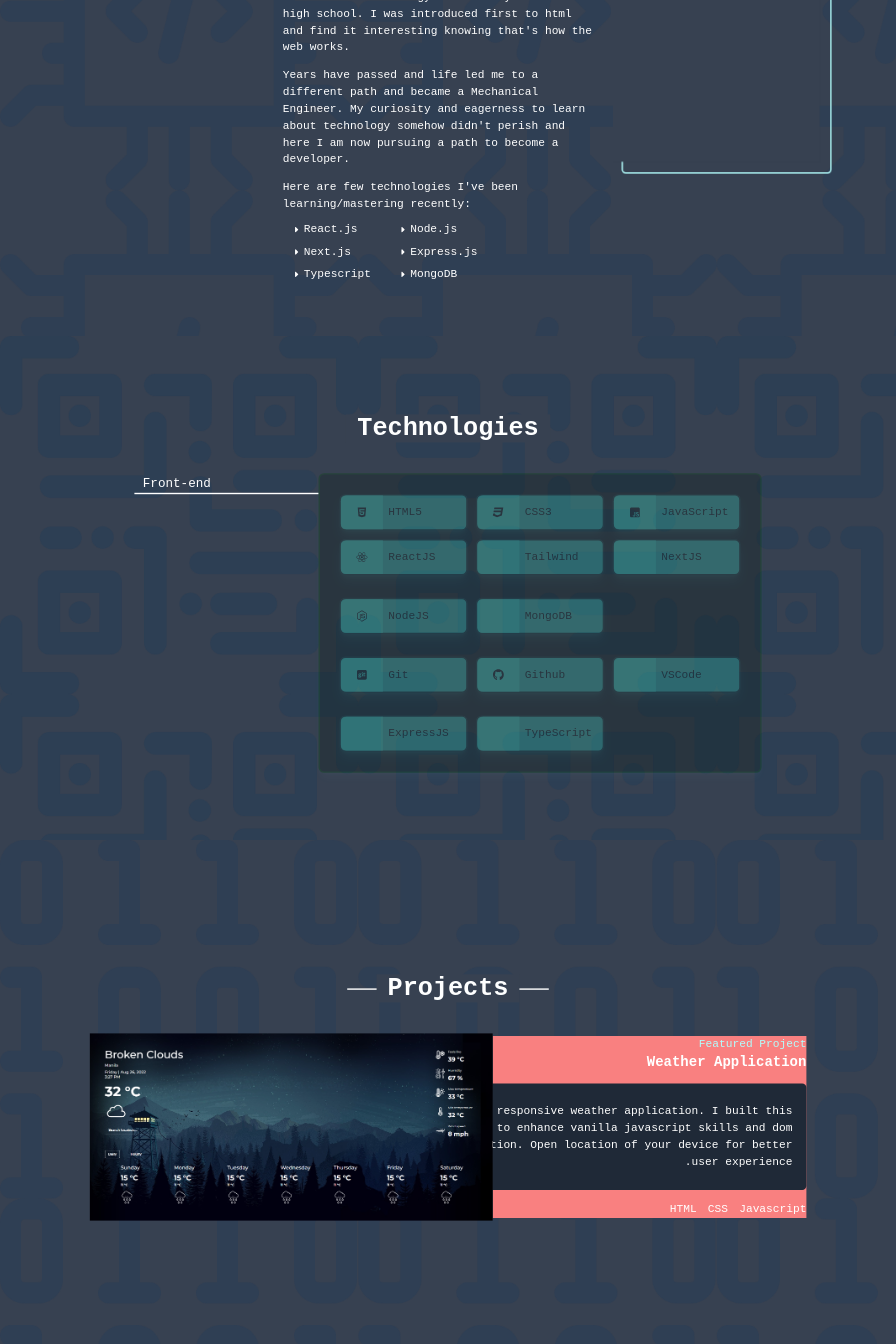
Repository: riandev25/nextjs-portfolio
Page: /
An editor plug-in stored every save of this project. The page is shown before and after the next save, followed by the edit.
The browser window is 1280 px wide. The pictures show the part of the page from y = 960 to 2880 px (the page is 2880 px tall), at 70% of full size.
Backgrounds fixed to the window are drawn as part of the page. The project was rebuilt for these pictures with package versions that can differ from the ones it lists, and the page was loaded fresh each time. The framework's server and built-in components were replaced by stand-ins that run in the browser. Also part of the build but not shown: next.config.js, components/Home/Keyboard/index.module.css, components/Home/Keyboard/index.jsx.

Above is the page before, as saved 2022-11-12 20:53:50.

After the next save:
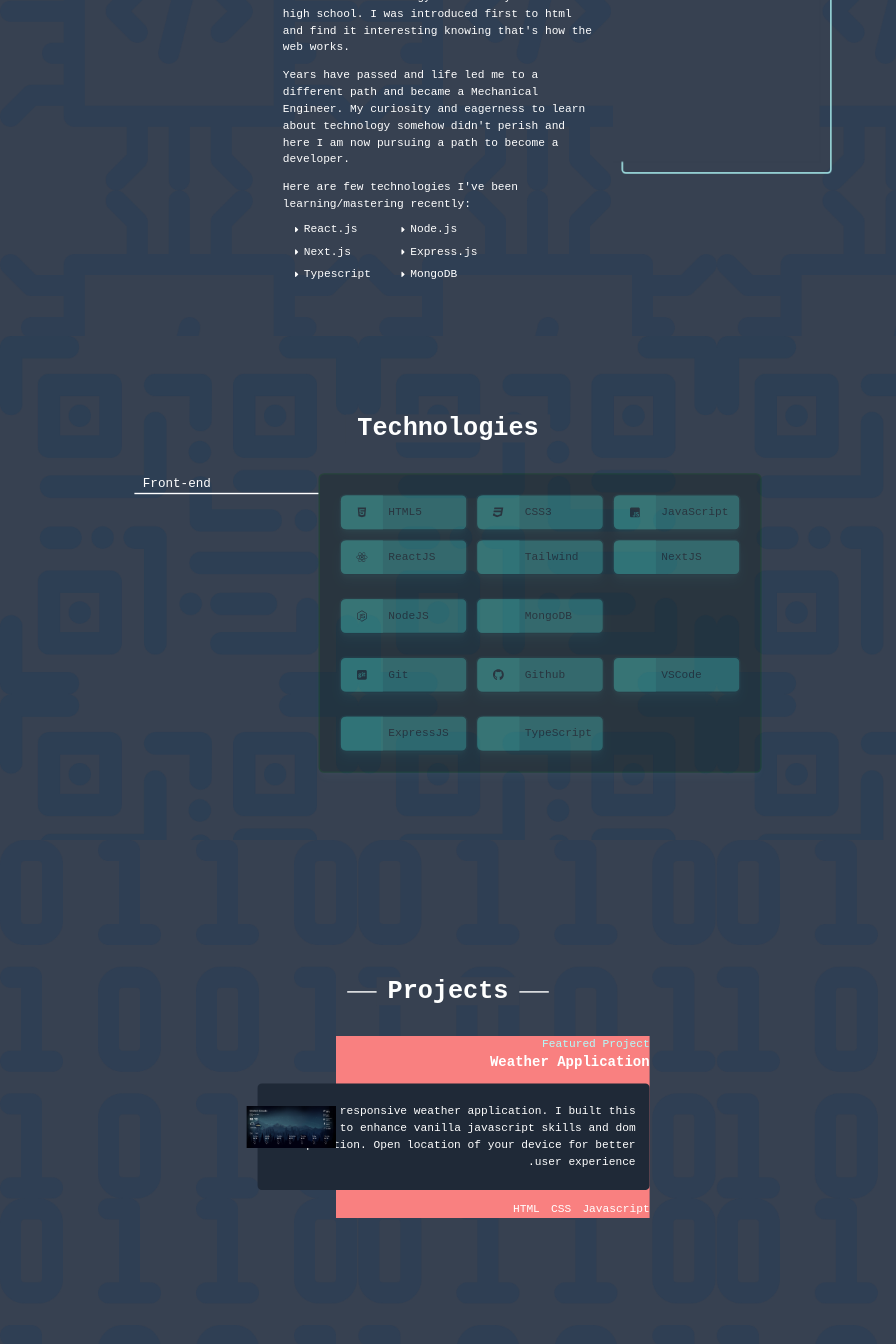
Saved 43 min 31 s later.
--- a/components/Projects/index.jsx
+++ b/components/Projects/index.jsx
@@ -25,8 +25,8 @@ const Projects = () => {
   return (
     <div className='pt-4 flex flex-col w-full h-screen gap-11 justify-center items-center text-white px-20 bg-bg_binary_image bg-fixed'>
       <PageHeader title='Projects' />
-      <div className='flex flex-row justify-center items-center '>
-        <section className='relative max-w-xl flex-1 flex'>
+      <div className='flex flex-row justify-center items-center max-w-xl '>
+        <section className='relative max-w-sm flex-1 flex'>
           <Image
             src={WeatherImage}
             alt='weather-app'
